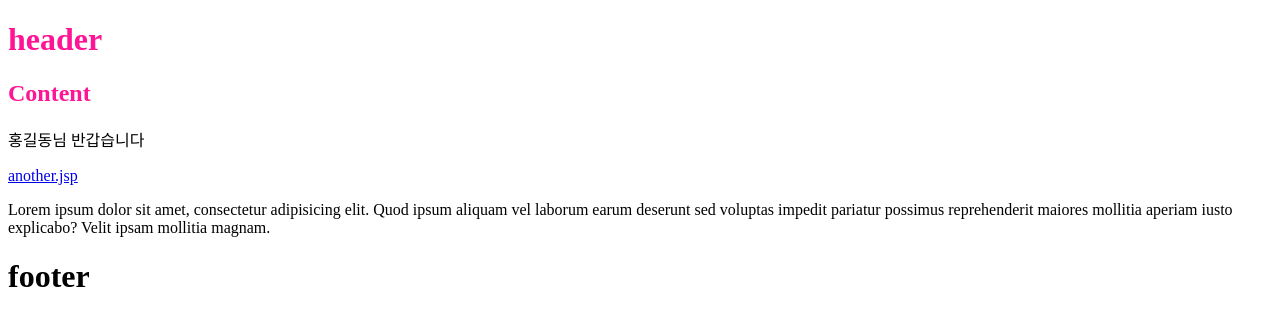
Repository: jsungl/WEBSERVER-WORKSPACE
Page: http://localhost/01_helloweb/jsp/include.jsp
An editor plug-in stored every save of this project. The page is shown before and after the next save, followed by the edit.
The browser window is 1280 px wide. The pictures show the whole page.
The page is served by Tomcat 9.

Above is the page before, as saved 2021-03-24 12:34:53.

After the next save:
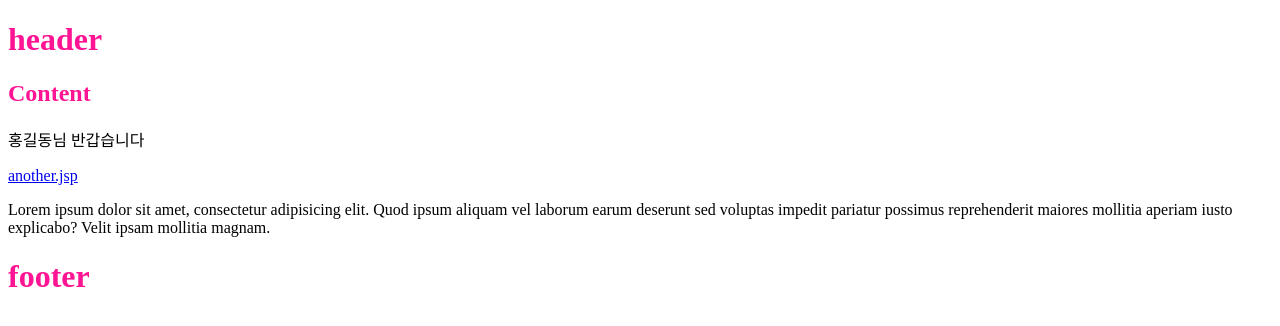
Saved 3 min 27 s later.
--- a/01_helloweb/WebContent/jsp/include.jsp
+++ b/01_helloweb/WebContent/jsp/include.jsp
@@ -6,6 +6,8 @@
 		<a href="/web/jsp/another.jsp">another.jsp</a>
 		<p>Lorem ipsum dolor sit amet, consectetur adipisicing elit. Quod ipsum aliquam vel laborum earum deserunt sed voluptas impedit pariatur possimus reprehenderit maiores mollitia aperiam iusto explicabo? Velit ipsam mollitia magnam.</p>
 		<script>
-			$("h1").css("color","deeppink");
+			$(function() {
+				$("h1").css("color","deeppink");
+			});
 		</script>
 <%@ include file="/jsp/footer.jsp" %>
